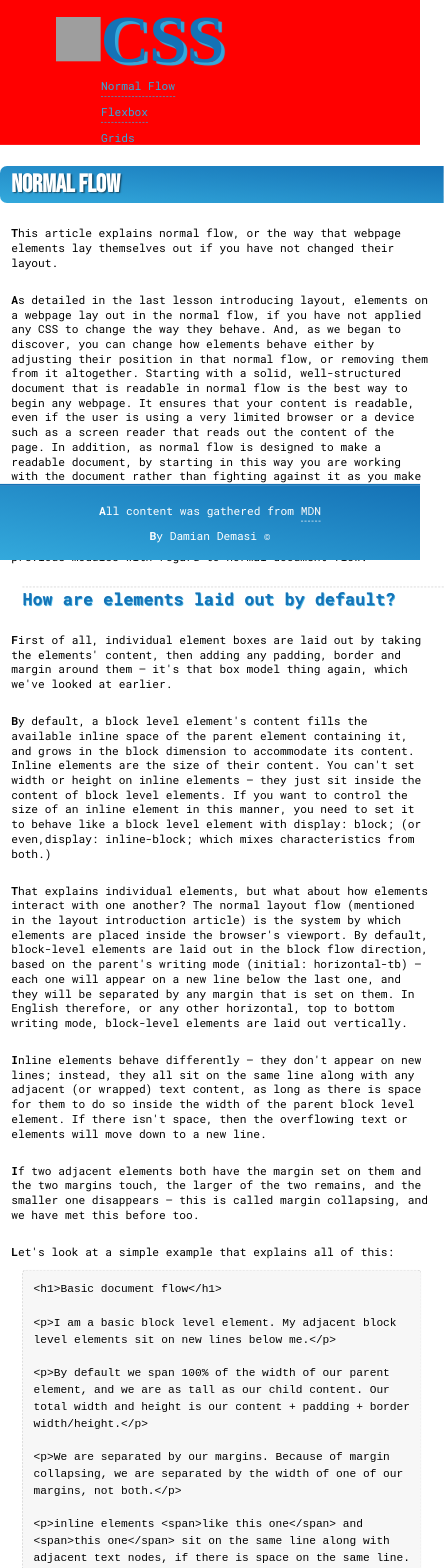
Repository: Colo-Codes/freecodecamp-04-Technical-Documentation-Page
Page: index.html
The author's editor kept a copy of each file at every save. The page is drawn from the files as they stood at one save, then again after the next save.
The browser window is 600 px wide. The page is 635 px wide, so the pictures cover 635 px, including what lies to the right of the window. The pictures show the part of the page from y = 0 to 2240 px (the page is 8189 px tall before and 8202 px after), at 70% of full size.
Pictures or frames that could not be fetched are drawn as grey boxes. Some web fonts or font styles are not loaded; a fallback is used.

Above is the page before, as saved 2021-05-22 09:29:53.

After the next save:
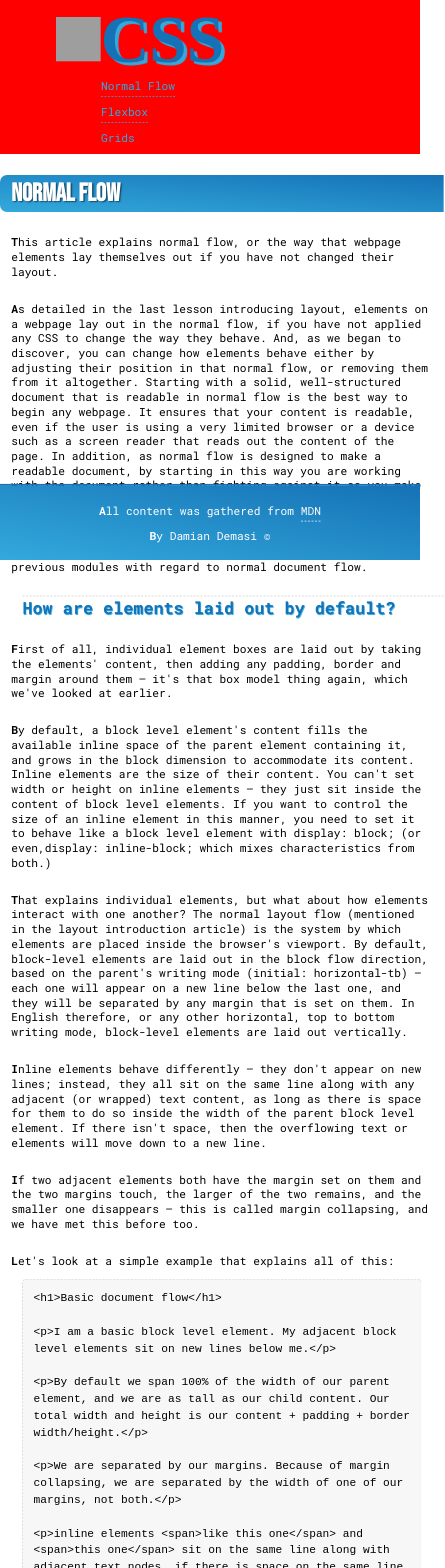
Saved 48 s later.
--- a/resources/css/index.css
+++ b/resources/css/index.css
@@ -54,6 +54,7 @@ html {
         margin: 0;
         padding-left: 5rem;
         top: 0px;
+        height: 220px;
 
     }
     #navbar-image {
